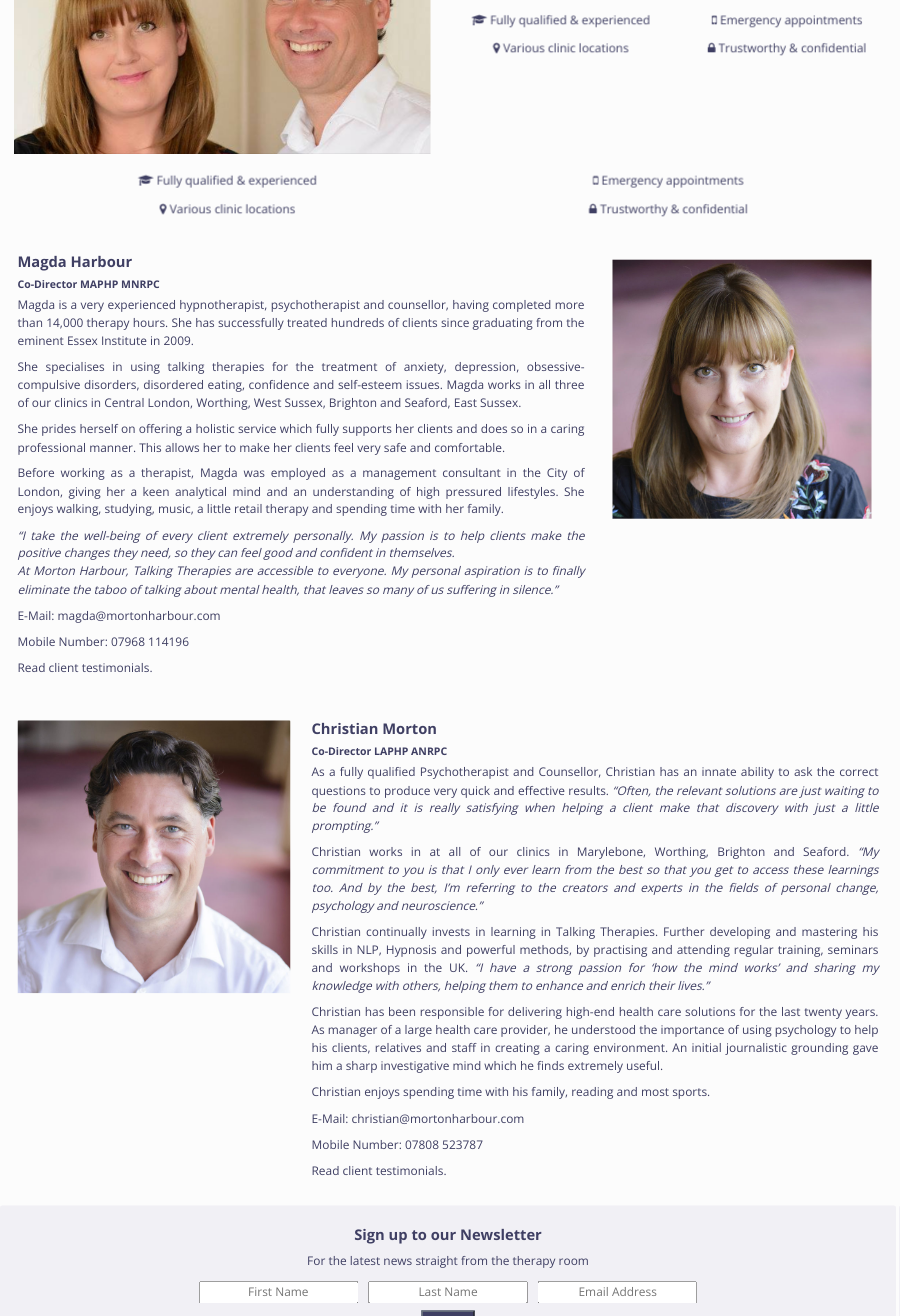
Repository: Code-Institute-Submissions/mortonharbour
Page: about us.html
The author's editor kept a record of every edit. The page is drawn from the files as they stood at one moment, then again after the next edit.
The browser window is 1280 px wide. The page is 1285 px wide, so the pictures cover 1285 px, including what lies to the right of the window. The pictures show the part of the page from y = 500 to 2380 px (the page is 2665 px tall before and 2584 px after), at 70% of full size.
Some web libraries are served in a nearby version.

Above is the page before.

After the next edit:
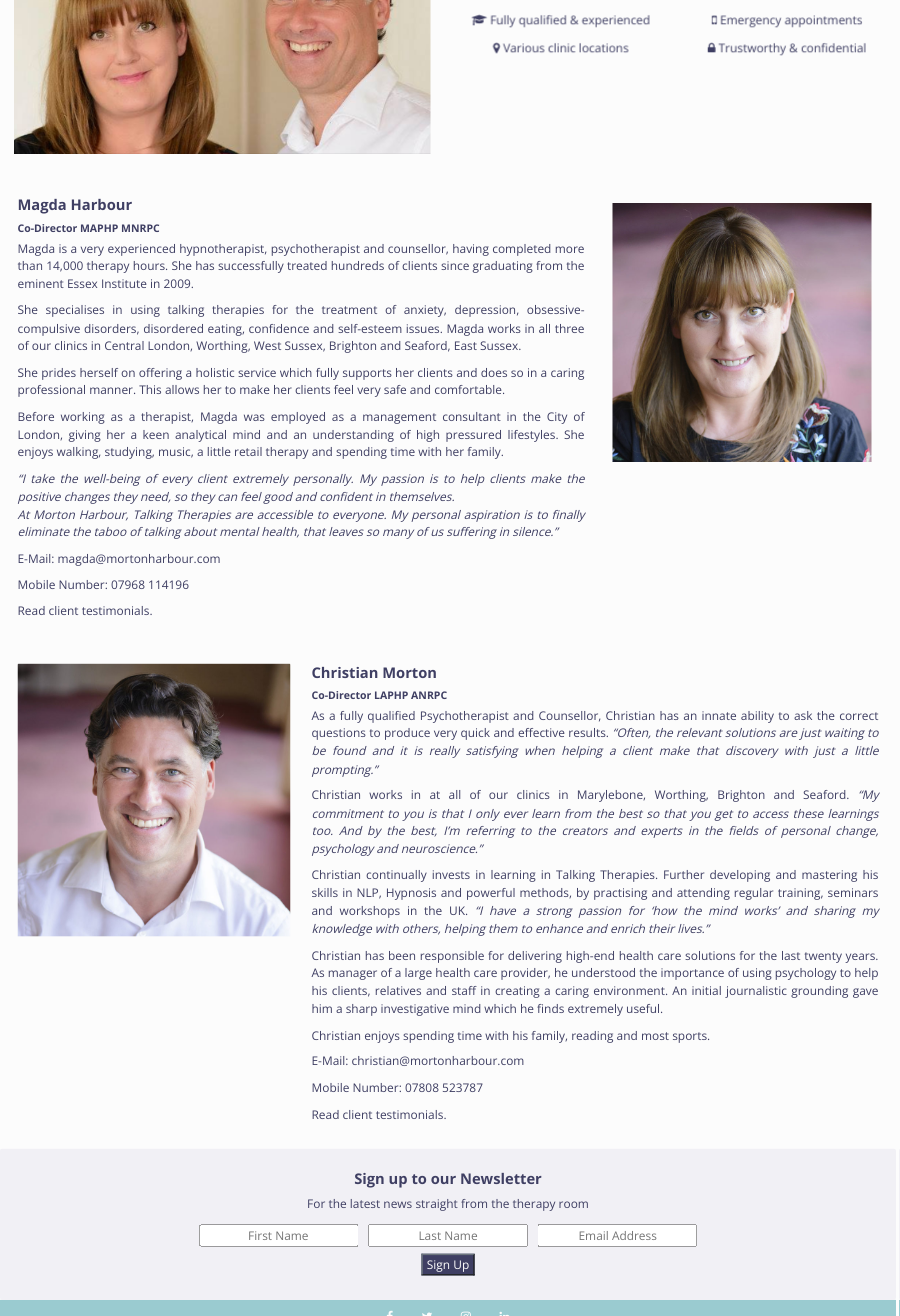
The edit:
--- a/about us.html
+++ b/about us.html
@@ -110,37 +110,6 @@
                 </div>
             </div>
         </div>
-        <!--------------------------------------------------------------Bullet points-->
-        <div class="row text-center my-auto">
-            <div class="col-sm-6 why-us-bullets hvr-shadow" data-toggle="collapse" data-target="#collapseText-one" aria-expanded="false" aria-controls="collapseText-one">
-                <i class="fa fa-graduation-cap"></i> Fully qualified & experienced
-                <div class="collapse collapse-bullets-one" id="collapseText-one">Magda and Christian both graduated from the esteemed Essex Institute (EICH Brighton Ltd) and are members of the Association for Professional Hypnosis and Psychotherapy and The National Register of Psychotherapists and Counsellors. Together
-                    they have over 18 years of experience as qualified therapists. Magda is also registered with the Complementary and Natural Healthcare Council.
-                </div>
-            </div>
-            <div class="col-sm-6 why-us-bullets hvr-shadow" data-toggle="collapse" data-target="#collapseText-two" aria-expanded="false" aria-controls="collapseText-two">
-                <i class="fa fa-mobile"></i> Emergency appointments
-                <div class="collapse collapse-bullets-two" id="collapseText-two">We offer Emergency Therapy by phone. Perhaps you are feeling anxious and it will be a while before you will see anyone due to long waiting lists via the NHS, you have outstanding questions after a visit to the doctor’s, or simply just
-                    need some friendly and caring support or advice right now.
-                </div>
-            </div>
-        </div>
-        <div class="row text-center my-auto ">
-            <div class="col-sm-6 why-us-bullets hvr-shadow" data-toggle="collapse" data-target="#collapseText-three" aria-expanded="false" aria-controls="collapseText-three">
-                <i class="fa fa-map-marker"></i> Various clinic locations
-                <div class="collapse collapse-bullets-two" id="collapseText-three">We offer therapy at any one of our multiple locations in London, Worthing, Brighton and Seaford. We can also offer therapy via Skype, FaceTime or phone where suitable. Contact us for more information or to arrange a free, no obligation,
-                    intial 30 mins consultation.
-                </div>
-            </div>
-            <div class="col-sm-6 why-us-bullets hvr-shadow" data-toggle="collapse" data-target="#collapseText-four" aria-expanded="false" aria-controls="collapseText-four">
-                <i class="fa fa-lock"></i> Trustworthy & confidential
-                <div class="collapse collapse-bullets-one" id="collapseText-four">As members of the APHP, we are bound by their Code of Ethics. It is only possible to join the Association via an invitation or through training with an accredited hypnotherapy school, meaning that each member is known to have received
-                    thorough training in hypnosis and hypnotherapy and is competent and conscientious.
-                    <p>As with all registered professional therapists we are fully covered by professional indemnity insurance.</p>
-                </div>
-            </div>
-        </div>
-        <!--------------------------------------------------------------End of Bullet points-->
     </section>
     <!--------------------------------------------------------------End of main content-->
 
